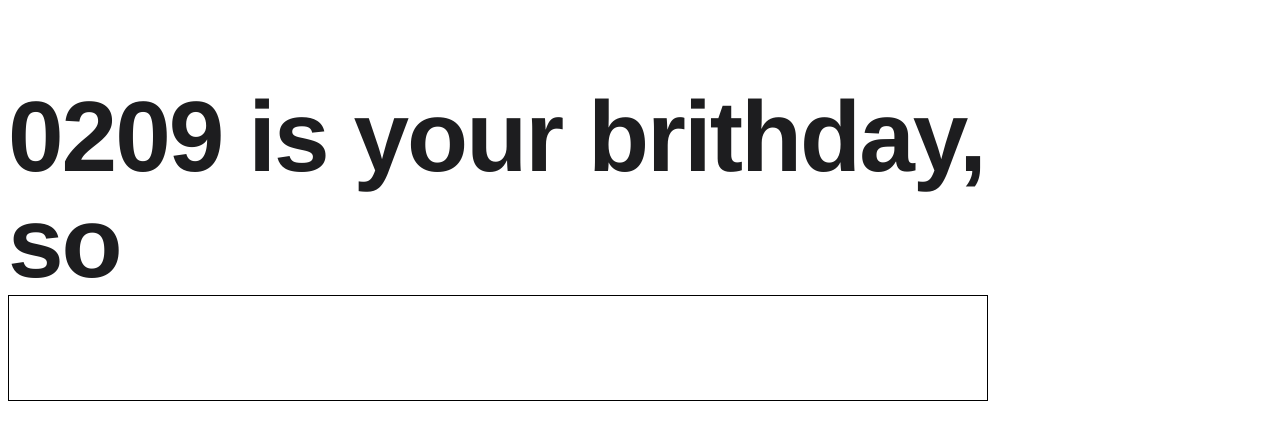
Repository: Caococos/02-09
Page: /
The author's editor kept a copy of each file at every save. The page is drawn from the files as they stood at one save, then again after the next save.
The browser window is 1280 px wide. The pictures show the whole page.
The project was rebuilt for these pictures with package versions that can differ from the ones it lists, and the page was loaded fresh each time. Also part of the build but not shown: vue.config.js.

Above is the page before, as saved 2021-06-11 21:56:18.

After the next save:
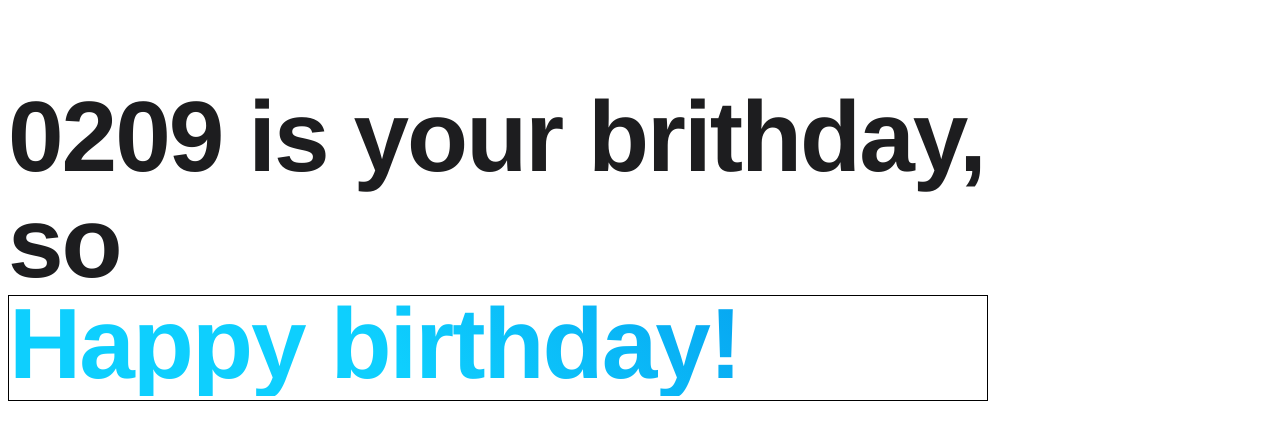
Saved 91 s later.
--- a/src/views/home/Home.vue
+++ b/src/views/home/Home.vue
@@ -54,4 +54,8 @@ h2 {
 .mask span[data-up] {
   transform: translateY(-200%);
 }
+
+.mask span:nth-child(1) {
+  background-image: linear-gradient(45deg, #0ecffe 50%, #07a6f1);
+}
 </style>
